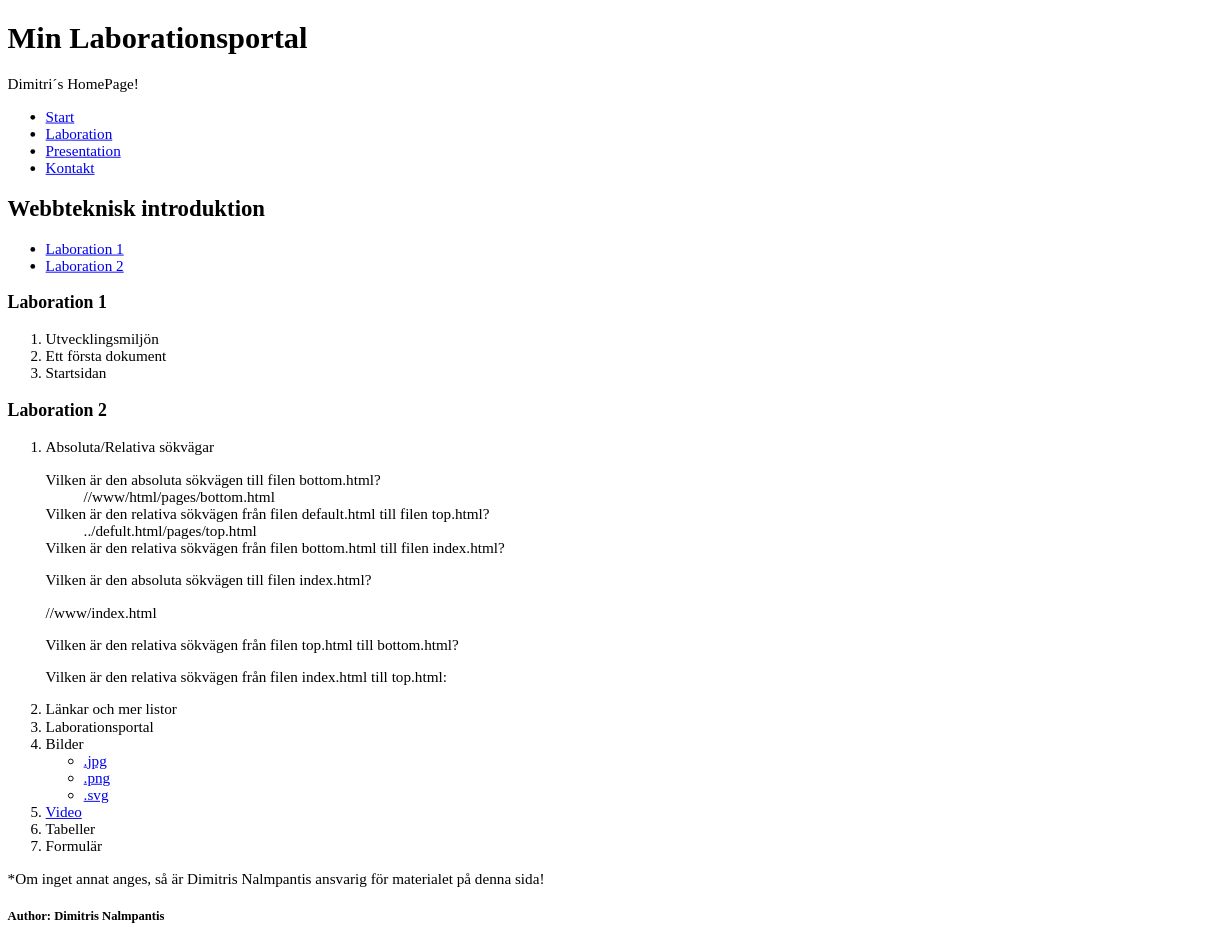
Repository: dn222em/1ik415-laborationer
Page: pages/laborationer.html
The author's editor kept a record of every edit. The page is drawn from the files as they stood at one moment, then again after the next edit.
The browser window is 1280 px wide. The pictures show the whole page, at 95% of full size.

Above is the page before.

### pages/laborationer.html
<!doctype html>
<html lang="sv">
	<head>
		<meta charset="utf-8" />
		<title>Laborationer</title>
	</head>
		<body>
		<h1>Min Laborationsportal</h1>
			<p>Dimitri´s HomePage!<p>

				<ul>
					<li><a href="../index.html">Start</a></li>
					<li><a href="../pages/laborationer.html">Laboration</a></li>
					<li><a href="../pages/Presentation.html">Presentation</a></li>
					<li><a href="../pages/Kontakt.html">Kontakt</a></li>
				</ul>

		<h2>Webbteknisk introduktion</h2>

    			<ul>
    			    <li><a href="#one">Laboration 1</a></li>
    			    <li><a href="#two">Laboration 2</a></li>
    			</ul>

    	<h3> <a id="one">Laboration 1</h3>

    	        <ol>
    	        	<li>Utvecklingsmiljön</li>
    	        	<li>Ett första dokument</li>
    	        	<li>Startsidan</li>


    	        </ol>

    	<h3> <a id="two">Laboration 2</h3>

    	       	<ol>
					<li>Absoluta/Relativa sökvägar</li>
						<dl>
						<dt> Vilken är den absoluta sökvägen till filen bottom.html?</dt>
							<dd>//www/html/pages/bottom.html</dd>
						<dt>Vilken är den relativa sökvägen från filen default.html till filen top.html?</dt>
							<dd>../defult.html/pages/top.html</dd>
						<dt>Vilken är den relativa sökvägen från filen bottom.html till filen index.html?</dt>
							<dl></dl>
						<dt>Vilken är den absoluta sökvägen till filen index.html?</dt>
							<dl>//www/index.html</dl>
						<dt>Vilken är den relativa sökvägen från filen top.html till bottom.html?</dt>
							<dl></dl>
						<dt>Vilken är den relativa sökvägen från filen index.html till top.html:</dt>
							<dl></dl>
					<li>Länkar och mer listor</li>
					<li>Laborationsportal</li>
					<li>Bilder</a>
						<ul>
							<li><a href="/pages/Presentation.html#bild">.jpg</li>
							<li><a href="/index.html#logo">.png</li>
							<li><a href="/index.html#svg1">.svg</li>
						</ul>
					<li><a href="/index.html#Video1">Video</a></li>
					<li>Tabeller</li>
					<li>Formulär</li>
    	        		</dl>
    	        </ol>

    	<p>*Om inget annat anges, så är Dimitris Nalmpantis ansvarig för materialet på denna sida!</p>

		<h5>Author: Dimitris Nalmpantis</h5>

		</body>
</html>

After the next edit:
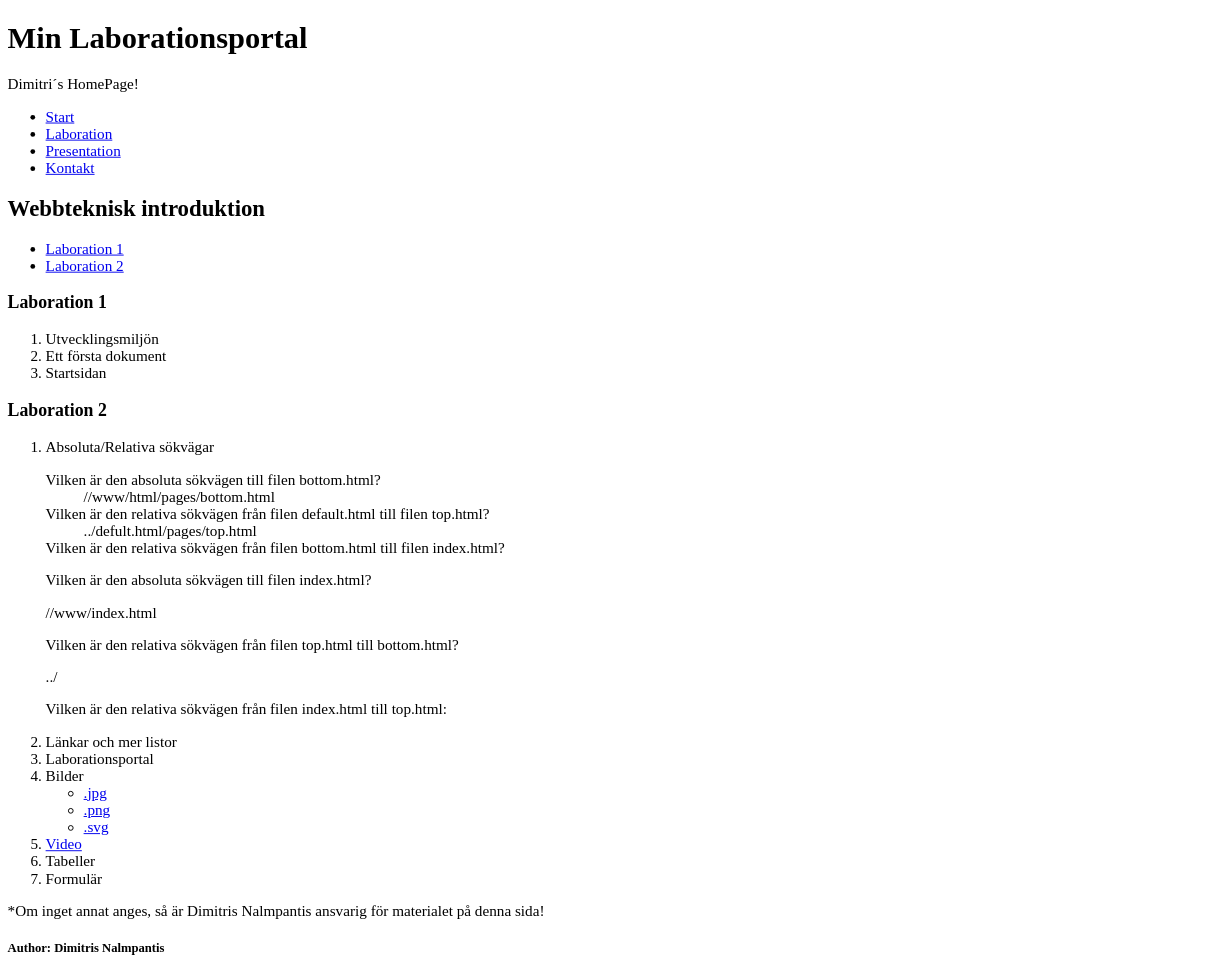
The edit:
--- a/pages/laborationer.html
+++ b/pages/laborationer.html
@@ -46,7 +46,7 @@
 						<dt>Vilken är den absoluta sökvägen till filen index.html?</dt>
 							<dl>//www/index.html</dl>
 						<dt>Vilken är den relativa sökvägen från filen top.html till bottom.html?</dt>
-							<dl></dl>
+							<dl>../</dl>
 						<dt>Vilken är den relativa sökvägen från filen index.html till top.html:</dt>
 							<dl></dl>
 					<li>Länkar och mer listor</li>
